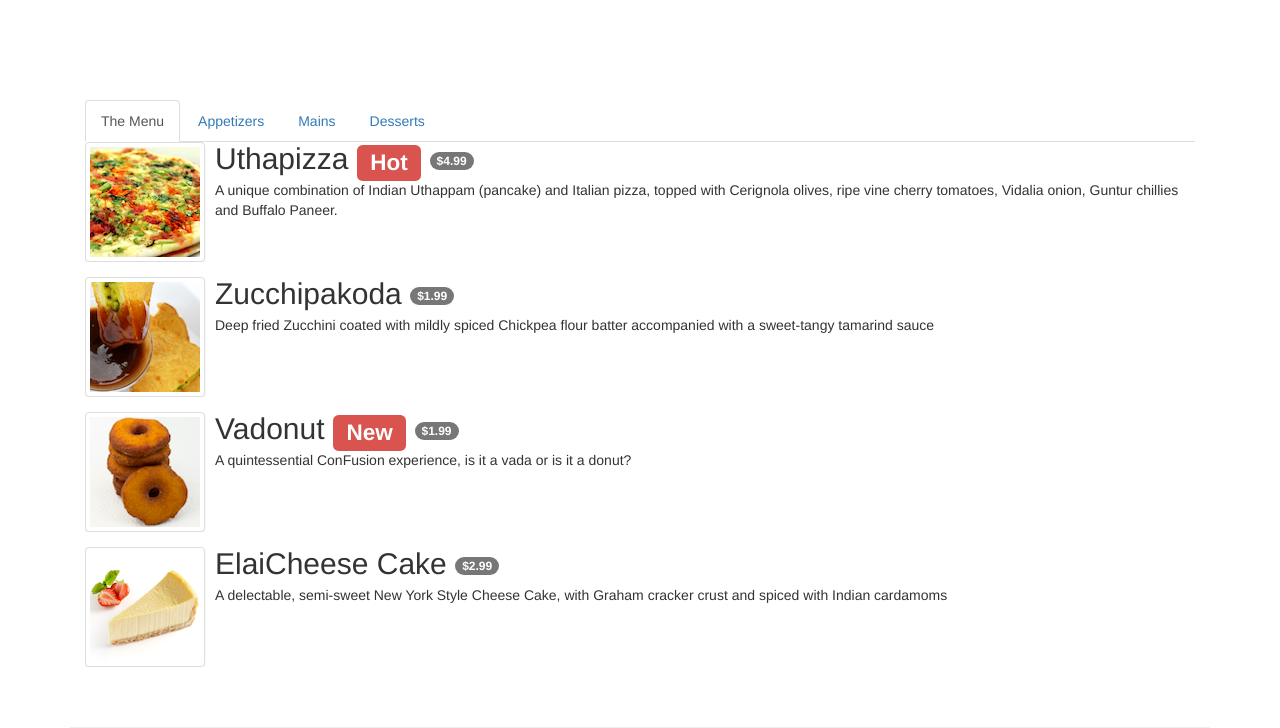
Repository: JuliusMischok/angularjs
Page: conFusion/app/menu.html
These files come from the project's save history. The page is drawn as it stood at one moment and after the next save; the edit follows.
The browser window is 1280 px wide. The pictures show the whole page.

Above is the page before, as saved 2016-03-30 21:00:04.

### conFusion/app/menu.html
<!DOCTYPE html>
<html lang="en" ng-app="confusionApp">

<head>
	<meta charset="utf-8">
	<meta http-equiv="X-UA-Compatible" content="IE=edge">
	<meta name="viewport" content="width=device-width, initial-scale=1">
	<!-- The above 3 meta tags *must* come first in the head; any other head content must come *after* these tags -->
	<title>Ristorante Con Fusion: Menu</title>

	<!-- Bootstrap -->
	<!-- build:css styles/main.css -->
		<link href="../bower_components/bootstrap/dist/css/bootstrap.min.css" rel="stylesheet">
		<link href="../bower_components/bootstrap/dist/css/bootstrap-theme.min.css" rel="stylesheet">
		<link href="../bower_components/font-awesome/css/font-awesome.min.css" rel="stylesheet">
		<link href="styles/bootstrap-social.css" rel="stylesheet">
		<link href="styles/mystyles.css" rel="stylesheet">
	<!-- endbuild -->

	<!-- HTML5 shim and Respond.js for IE8 support of HTML5 elements and media queries -->
	<!-- WARNING: Respond.js doesn't work if you view the page via file:// -->
	<!--[if lt IE 9]>
	  <script src="https://oss.maxcdn.com/html5shiv/3.7.2/html5shiv.min.js"></script>
	  <script src="https://oss.maxcdn.com/respond/1.4.2/respond.min.js"></script>
	<![endif]-->
</head>

<body>
	<div class="container">
		<div class="row row-content" ng-controller="menuController as menuCtrl">
			<div class="col-xs-12">
				<div class="media-list tab-pane fade in active">
					<ul class="nav nav-tabs" role="tablist">
						<li role="presentation" ng-class="{active:menuCtrl.isSelected(1)}">
							<a aria-controls="all menu" ng-click="menuCtrl.select(1)" role="tab">The Menu</a>
						</li>
						<li role="presentation" ng-class="{active:menuCtrl.isSelected(2)}">
							<a aria-controls="appetizers" ng-click="menuCtrl.select(2)" role="tab">Appetizers</a>
						</li>
						<li role="presentation" ng-class="{active:menuCtrl.isSelected(3)}">
							<a aria-controls="mains" ng-click="menuCtrl.select(3)" role="tab">Mains</a>
						</li>
						<li role="presentation" ng-class="{active:menuCtrl.isSelected(4)}">
							<a aria-controls="desserts" ng-click="menuCtrl.select(4)" role="tab">Desserts</a>
						</li>
					</ul>

					<ul class="media-list">
						<li class="media" ng-repeat="dish in menuCtrl.dishes | filter:menuCtrl.filtText">
							<div class="media-left media-middle">
								<a href="#">
									<img class="media-object img-thumbnail" ng-src={{dish.image}} alt="Uthappizza">
								</a>
							</div>
							<div class="media-body">
								<h2 class="media-heading">
									{{dish.name}} <span class="label label-danger">{{dish.label}}</span>
									<span class="badge">{{dish.price | currency}}</span>
								</h2>
								<p>{{dish.description}}</p>
							</div>
						</li>
					</ul>
				</div>
			</div>
		</div>
	</div>

	<!-- build:js scripts/main.js -->
		<script src="../bower_components/angular/angular.min.js"></script>
		<script src="scripts/app.js"></script>
	<!-- endbuild -->
</body>

</html>

### conFusion/app/styles/mystyles.css
.row-header {
  margin: 0px auto;
  padding: 0px 0px;
}
.row-content {
  margin: 0px auto;
  padding: 50px 0px;
  border-bottom: 1px ridge;
  min-height: 400px;
}
.row-footer {
  margin: 0px auto;
  padding: 20px 0px;
  background-color: #AfAfAf;
}
.jumbotron {
  margin: 0px auto;
  padding: 70px 30px;
  background: #7986CB;
  color: floralwhite;
}
.carousel {
  background: #1a237e;
}
.carousel .item {
  height: 300px;
}
.carousel .item img {
  left: 0;
  min-height: 300px;
  position: absolute;
  top: 0;
}
.navbar-inverse {
  background: #303f9f;
  color: #ffffff;
}
.navbar-inverse .navbar-nav > .active > a {
  background: #1a237e;
  color: #ffffff;
}
.navbar-inverse .navbar-nav > .active > a:hover {
  background: #1a237e;
  color: #ffffff;
}
.navbar-inverse .navbar-nav > .active > a:focus {
  background: #1a237e;
  color: #ffffff;
}
.navbar-inverse .navbar-nav > .open > a {
  background: #1a237e;
  color: #ffffff;
}
.navbar-inverse .navbar-nav > .open > a:hover {
  background: #1a237e;
  color: #ffffff;
}
.navbar-inverse .navbar-nav > .open > a:focus {
  background: #1a237e;
  color: #ffffff;
}
.navbar-inverse .navbar-nav .open .dropdown-menu > li > a {
  background-color: #303f9f;
  color: #eeeeee;
}
.navbar-inverse .navbar-nav .open .dropdown-menu > li > a:hover {
  color: #000000;
}
.navbar-inverse .navbar-nav .open .dropdown-menu {
  background-color: #303f9f;
  color: #eeeeee;
}
address {
  color: #0f0f0f;
  font-size: 80%;
  margin: 0px;
}
body {
  align: center;
  padding: 50px 0px 0px 0px;
  z-index: 0;
}
.tab-content {
  border-bottom: 1px solid #dddddd;
  border-left: 1px solid #dddddd;
  border-right: 1px solid #dddddd;
  padding: 10px;
}
.affix {
  top: 100px;
}
#carouselButtons {
  bottom: 0px;
  position: absolute;
  right: 0px;
}

### conFusion/app/scripts/app.js
'use strict';

var app = angular.module('confusionApp',[]);

app.controller('menuController', function() {
	var dishes=[
                {
                    name:'Uthapizza',
                    image: 'images/uthapizza.png',
                    category: 'mains',
                    label:'Hot',
                    price:'4.99',
                    description:'A unique combination of Indian Uthappam (pancake) and Italian pizza, topped with Cerignola olives, ripe vine cherry tomatoes, Vidalia onion, Guntur chillies and Buffalo Paneer.',
                    comment: ''
                 },
                 {
                    name:'Zucchipakoda',
                    image: 'images/zucchipakoda.png',
                    category: 'appetizer',
                    label:'',
                    price:'1.99',
                    description:'Deep fried Zucchini coated with mildly spiced Chickpea flour batter accompanied with a sweet-tangy tamarind sauce',
                    comment: ''
                 },
                 {
                    name:'Vadonut',
                    image: 'images/vadonut.png',
                    category: 'appetizer',
                    label:'New',
                    price:'1.99',
                    description:'A quintessential ConFusion experience, is it a vada or is it a donut?',
                    comment: ''
                 },
                 {
                    name:'ElaiCheese Cake',
                    image: 'images/elaicheesecake.png',
                    category: 'dessert',
                    label:'',
                    price:'2.99',
                    description:'A delectable, semi-sweet New York Style Cheese Cake, with Graham cracker crust and spiced with Indian cardamoms',
                    comment: ''
                 }
                 ];
	this.dishes = dishes;
	this.tab = 1;
	this.filtText = '';

	this.select = function(setTab) {
		this.tab = setTab;

		if (setTab === 2) {
			this.filtText = 'appetizer';
		} else if (setTab === 3) {
			this.filtText = 'mains';
		} else if (setTab === 4) {
			this.filtText = 'dessert';
		} else {
			this.filtText = '';
		}
	};

	this.isSelected = function(checkTab) {
		return this.tab === checkTab;
	};
});

Loaded but not shown: conFusion/bower_components/bootstrap/dist/css/bootstrap.min.css (library); conFusion/bower_components/bootstrap/dist/css/bootstrap-theme.min.css (library); conFusion/bower_components/font-awesome/css/font-awesome.min.css (library); conFusion/app/styles/bootstrap-social.css (library); conFusion/bower_components/angular/angular.min.js (library)

After the next save:
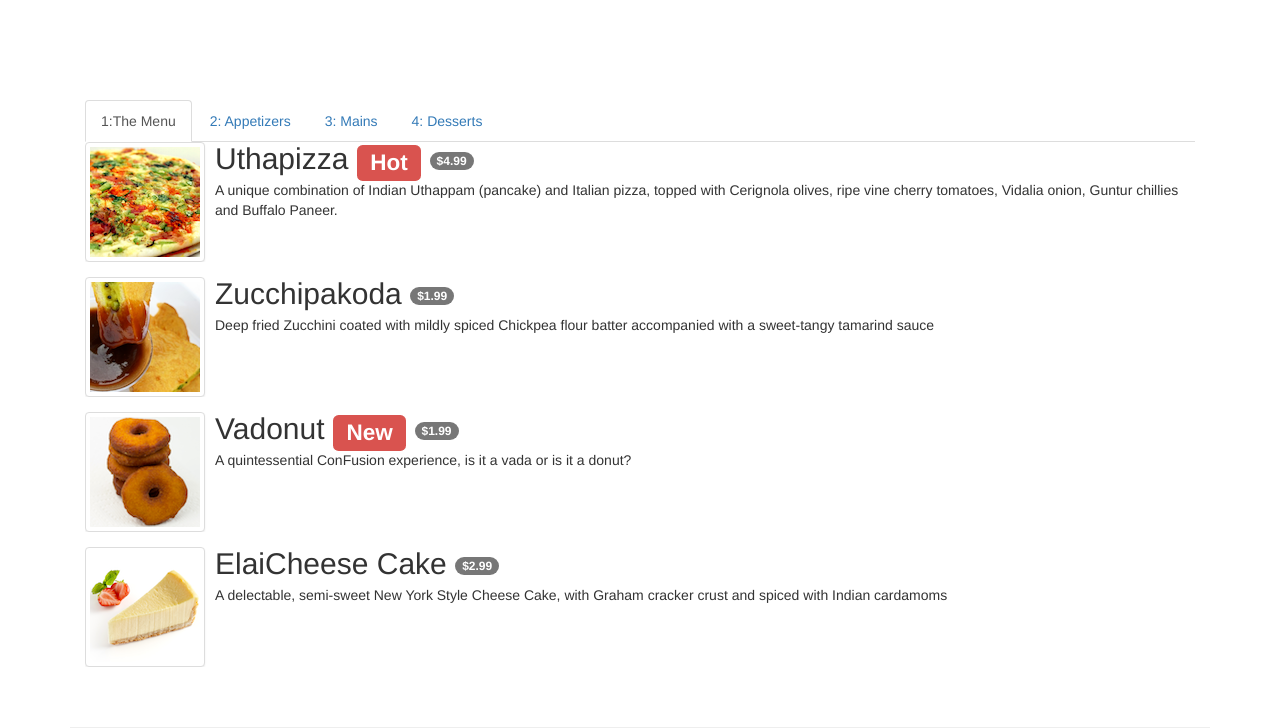
Saved 2 min 11 s later.
--- a/conFusion/app/menu.html
+++ b/conFusion/app/menu.html
@@ -32,16 +32,16 @@
 				<div class="media-list tab-pane fade in active">
 					<ul class="nav nav-tabs" role="tablist">
 						<li role="presentation" ng-class="{active:menuCtrl.isSelected(1)}">
-							<a aria-controls="all menu" ng-click="menuCtrl.select(1)" role="tab">The Menu</a>
+							<a aria-controls="all menu" ng-click="menuCtrl.select(1)" role="tab">1:The Menu</a>
 						</li>
 						<li role="presentation" ng-class="{active:menuCtrl.isSelected(2)}">
-							<a aria-controls="appetizers" ng-click="menuCtrl.select(2)" role="tab">Appetizers</a>
+							<a aria-controls="appetizers" ng-click="menuCtrl.select(2)" role="tab">2: Appetizers</a>
 						</li>
 						<li role="presentation" ng-class="{active:menuCtrl.isSelected(3)}">
-							<a aria-controls="mains" ng-click="menuCtrl.select(3)" role="tab">Mains</a>
+							<a aria-controls="mains" ng-click="menuCtrl.select(3)" role="tab">3: Mains</a>
 						</li>
 						<li role="presentation" ng-class="{active:menuCtrl.isSelected(4)}">
-							<a aria-controls="desserts" ng-click="menuCtrl.select(4)" role="tab">Desserts</a>
+							<a aria-controls="desserts" ng-click="menuCtrl.select(4)" role="tab">4: Desserts</a>
 						</li>
 					</ul>
 

After the save that followed:
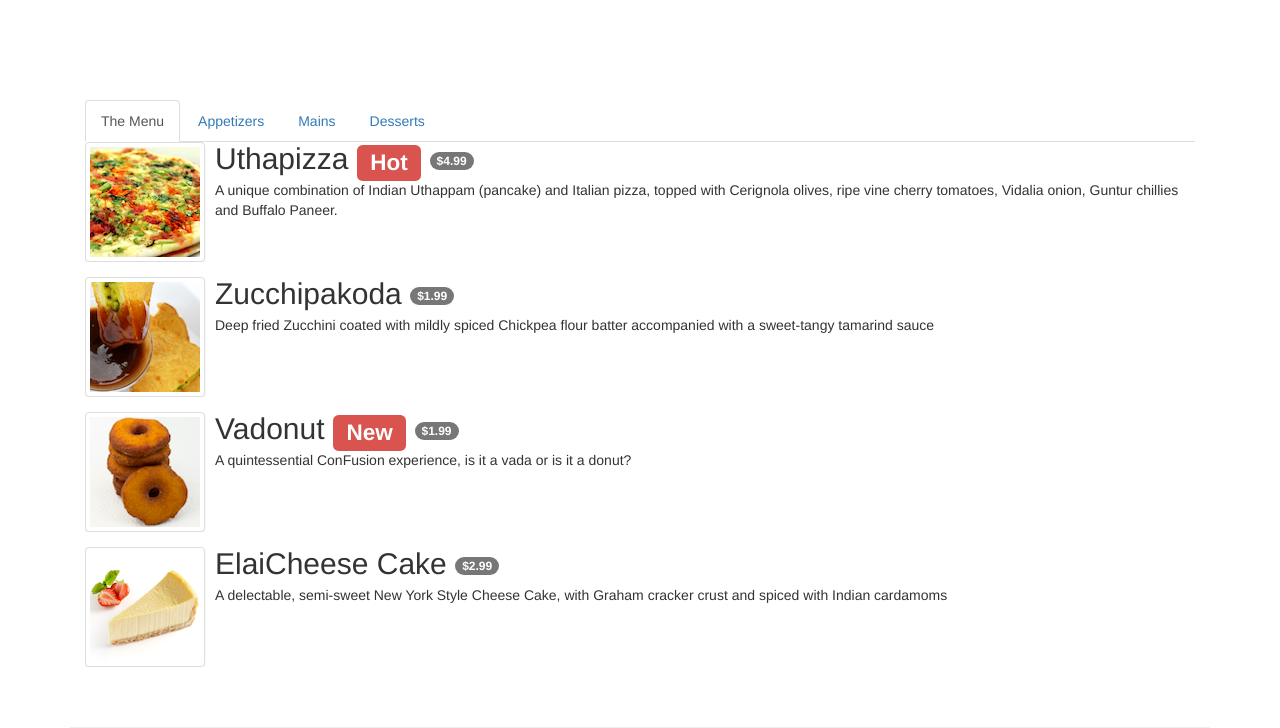
Saved 36 s later.
--- a/conFusion/app/menu.html
+++ b/conFusion/app/menu.html
@@ -32,16 +32,16 @@
 				<div class="media-list tab-pane fade in active">
 					<ul class="nav nav-tabs" role="tablist">
 						<li role="presentation" ng-class="{active:menuCtrl.isSelected(1)}">
-							<a aria-controls="all menu" ng-click="menuCtrl.select(1)" role="tab">1:The Menu</a>
+							<a aria-controls="all menu" ng-click="menuCtrl.select(1)" role="tab"> The Menu</a>
 						</li>
 						<li role="presentation" ng-class="{active:menuCtrl.isSelected(2)}">
-							<a aria-controls="appetizers" ng-click="menuCtrl.select(2)" role="tab">2: Appetizers</a>
+							<a aria-controls="appetizers" ng-click="menuCtrl.select(2)" role="tab">Appetizers</a>
 						</li>
 						<li role="presentation" ng-class="{active:menuCtrl.isSelected(3)}">
-							<a aria-controls="mains" ng-click="menuCtrl.select(3)" role="tab">3: Mains</a>
+							<a aria-controls="mains" ng-click="menuCtrl.select(3)" role="tab">Mains</a>
 						</li>
 						<li role="presentation" ng-class="{active:menuCtrl.isSelected(4)}">
-							<a aria-controls="desserts" ng-click="menuCtrl.select(4)" role="tab">4: Desserts</a>
+							<a aria-controls="desserts" ng-click="menuCtrl.select(4)" role="tab">Desserts</a>
 						</li>
 					</ul>
 
